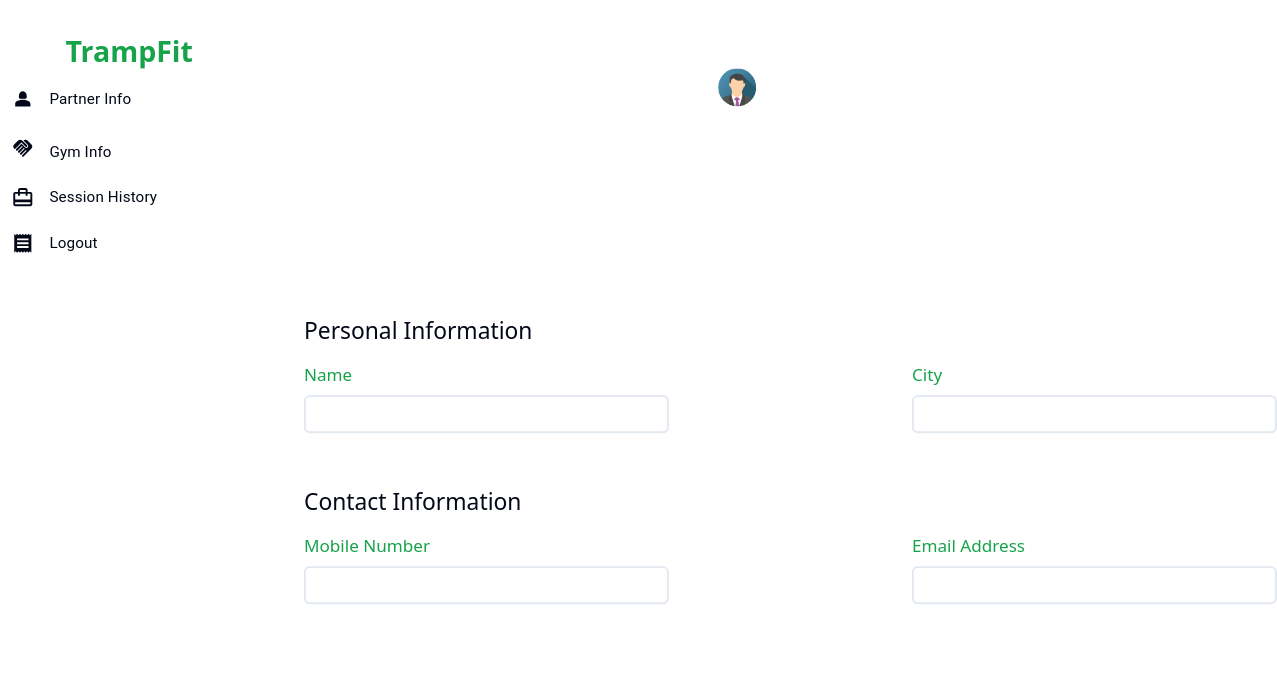
Repository: ezioxatul/TrampFit-Website
Page: /partner/partnerDashboard/partnerInfo (app in Frontend/)
The author's editor kept a copy of each file at every save. The page is drawn from the files as they stood at one save, then again after the next save.
The browser window is 1280 px wide. The page is 1344 px wide, so the pictures cover 1344 px, including what lies to the right of the window. The pictures show the whole page, at 95% of full size.
The project was rebuilt for these pictures with package versions that can differ from the ones it lists, and the page was loaded fresh each time. The framework's server and built-in components were replaced by stand-ins that run in the browser. Also part of the build but not shown: Frontend/next.config.js, Frontend/next.config.mjs, Frontend/components/Loader.js, Frontend/components/Popup.js.

Above is the page before, as saved 2024-05-16 17:52:15.

After the next save:
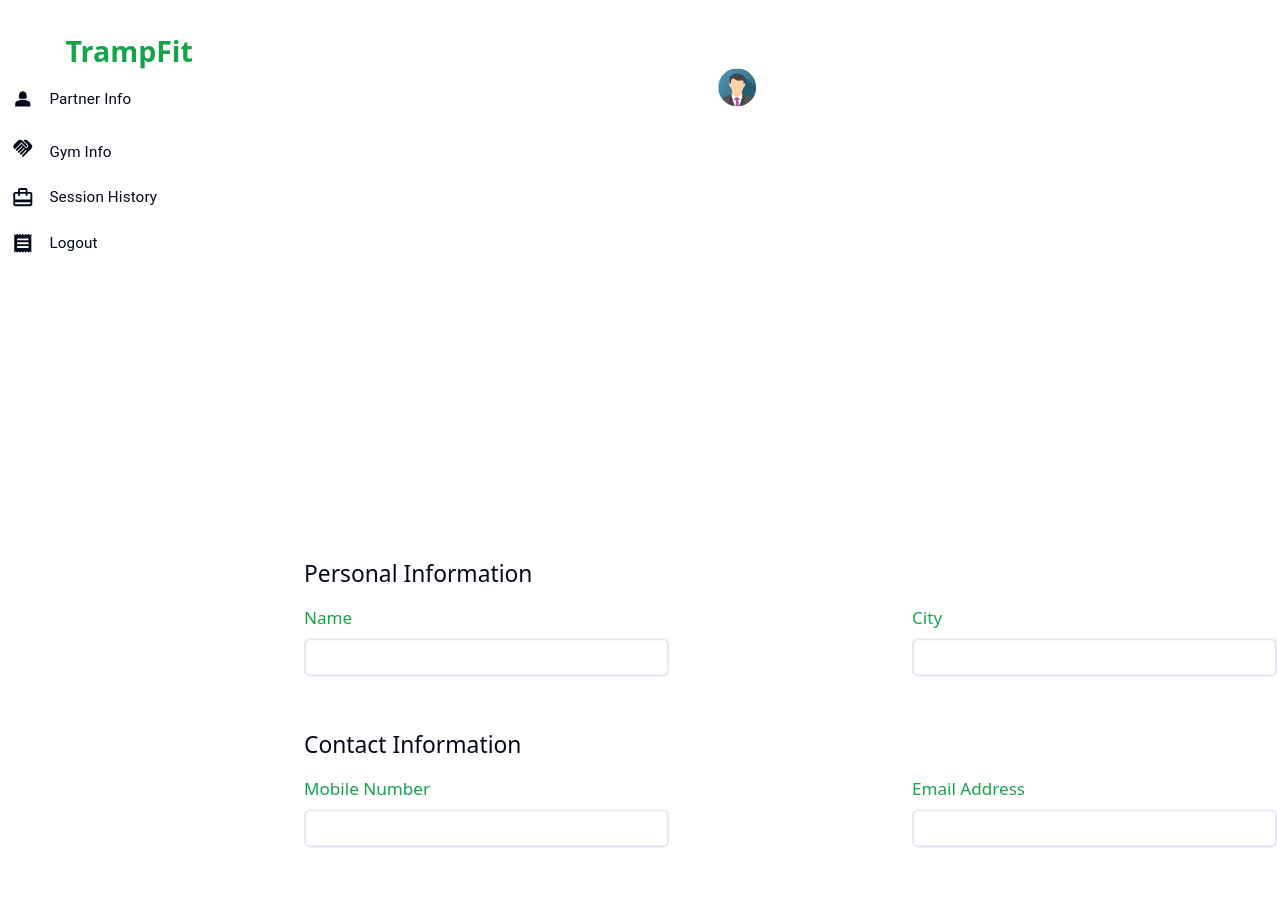
Saved 21 s later.
--- a/Frontend/pages/partner/partnerDashboard/partnerInfo.js
+++ b/Frontend/pages/partner/partnerDashboard/partnerInfo.js
@@ -18,7 +18,7 @@ export default function partnerInfo() {
                     <PartnerSideBar />
                         <Avatar className="w-36 mx-auto mt-16 h-36 text-6xl bg-black" src="/avtar.png" />
                 </div>
-                <div className=" mt-54">
+                <div className=" mt-64">
                     <h1 className={`${containerClassName} text-2xl mb-4`}>Personal Information</h1>
                     <div className={`${containerClassName} flex mb-10`}>
                         <div className="mr-32 space-y-2">
